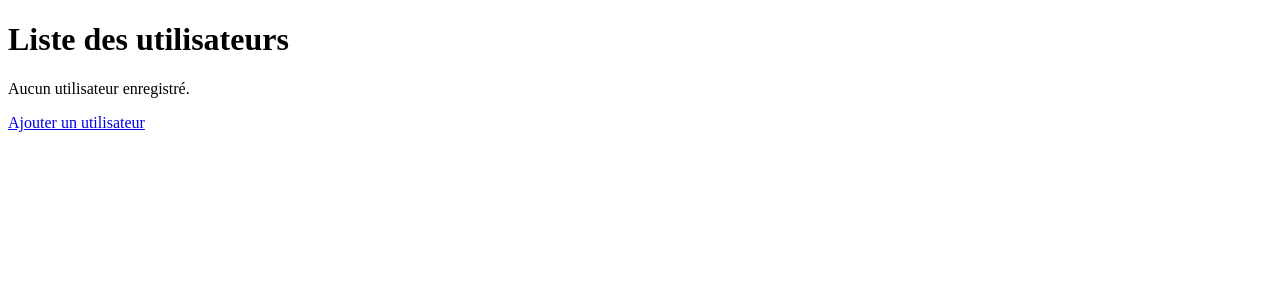
Repository: mbathio/jee
Page: http://localhost/gesusers/list
The author's editor kept a copy of each file at every save. The page is drawn from the files as they stood at one save, then again after the next save.
The browser window is 1280 px wide. The pictures show the whole page.
The page is served by Tomcat 10. Other server files are loaded and not shown.

Above is the page before, as saved 2025-05-05 07:32:28.

### gesusers/src/main/webapp/WEB-INF/listerUtilisateurs.jsp
<%@ page language="java" contentType="text/html; charset=UTF-8" pageEncoding="UTF-8"%>
<%@ page import="java.util.ArrayList" %>
<%@ page import="beans.Utilisateur" %>

<!DOCTYPE html>
<html>
<!-- ... en-tête inchangée ... -->
<body>
    <h1>Liste des utilisateurs</h1>

    <%
    ArrayList<Utilisateur> utilisateurs = (ArrayList<Utilisateur>) request.getAttribute("utilisateurs");
    if (utilisateurs == null || utilisateurs.isEmpty()) {
    %>
        <p class="no-users">Aucun utilisateur enregistré.</p>
    <%
    } else {
    %>
        <table>
            <thead>
                <tr>
                    <th>ID</th>
                    <th>Nom</th>
                    <th>Prénom</th>
                    <th>Login</th>
                    <th>Actions</th>
                </tr>
            </thead>
            <tbody>
                <%
                for (Utilisateur utilisateur : utilisateurs) {
                %>
                    <tr>
                        <td><%= utilisateur.getId() %></td>
                        <td><%= utilisateur.getNom() %></td>
                        <td><%= utilisateur.getPrenom() %></td>
                        <td><%= utilisateur.getLogin() %></td>
                        <td>
                            <a href="update?id=<%= utilisateur.getId() %>" class="action-link edit-link">Modifier</a>
                            <a href="delete?id=<%= utilisateur.getId() %>" class="action-link delete-link" onclick="return confirm('Êtes-vous sûr de vouloir supprimer cet utilisateur ?')">Supprimer</a>
                        </td>
                    </tr>
                <%
                }
                %>
            </tbody>
        </table>
    <%
    }
    %>

    <a href="add" class="add-button">Ajouter un utilisateur</a>
</body>
</html>

### gesusers/src/main/java/servlets/ListUser.java
package servlets;

import java.io.IOException;

import beans.Utilisateur;
import dao.UtilisateurDao;
import jakarta.servlet.ServletException;
import jakarta.servlet.annotation.WebServlet;
import jakarta.servlet.http.HttpServlet;
import jakarta.servlet.http.HttpServletRequest;
import jakarta.servlet.http.HttpServletResponse;

@WebServlet("/list")
public class ListUser extends HttpServlet {

	private static final String VUE_LIST_UTILISATEUR = "/WEB-INF/listerUtilisateurs.jsp";
	@Override
	protected void doGet(HttpServletRequest request, HttpServletResponse response) throws ServletException, IOException {

		request.setAttribute("utilisateurs", UtilisateurDao.lister());

		getServletContext().getRequestDispatcher(VUE_LIST_UTILISATEUR).forward(request, response);
	}

}

### gesusers/src/main/java/dao/UtilisateurDao.java
package dao;

import java.util.ArrayList;

import beans.Utilisateur;

public class UtilisateurDao
{

	private static int nexId=1;

	private static final ArrayList<Utilisateur> utilisateurs = new ArrayList<Utilisateur>();

	//static {
		//utilisateurs.add(new Utilisateur(nexId, "assad", "Ahmed", "AssadAhmed", "Assad77109"));
	//	utilisateurs.add(new Utilisateur(nexId, "abdou", "Ahmed", "abdouAhmed", "Abdou771"));
	//}

	public static ArrayList<Utilisateur> lister()
	{
		return utilisateurs;

	}

	public static boolean ajouter(Utilisateur utilisateur)
	{
		utilisateur.setId(nexId++);
		utilisateurs.add(utilisateur);
		return true;

	}

	public static boolean supprimer(int id) {

		for (Utilisateur utilisateur : utilisateurs) {
			if(utilisateur.getId()== id) {
				utilisateurs.remove(utilisateur);
				return true;
			}

		}
		return false;

	}

public static boolean modifier(Utilisateur updateUser)
{

		for (Utilisateur utilisateur : utilisateurs)
		{
			if(utilisateur.getId()== updateUser.getId())
			{
			  utilisateur.setNom(updateUser.getNom());
			  utilisateur.setPrenom(updateUser.getPrenom());
			  utilisateur.setLogin(updateUser.getLogin());
			  utilisateur.setPassword(updateUser.getPassword());
				return true;
			}

		}
		return false;


	}

public static Utilisateur get(int id) {

	for (Utilisateur utilisateur : utilisateurs) {
		if(utilisateur.getId()== id) {

			return utilisateur;
		}

	}
	return null;

}
}

After the next save:
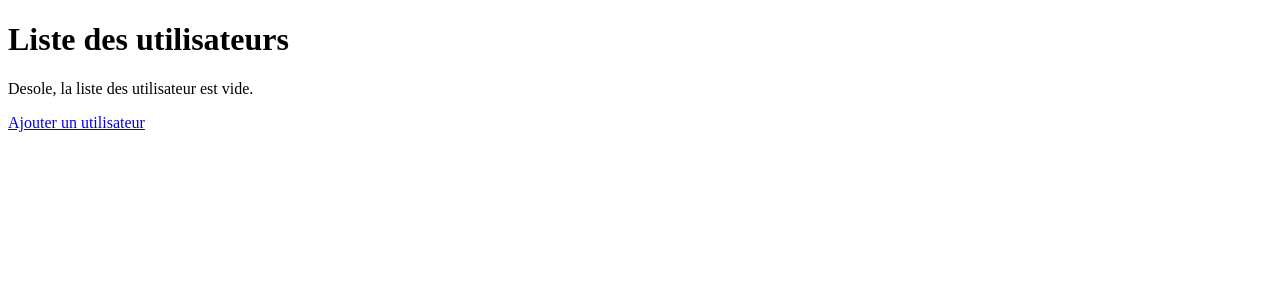
Saved 14 s later.
--- a/gesusers/src/main/webapp/WEB-INF/listerUtilisateurs.jsp
+++ b/gesusers/src/main/webapp/WEB-INF/listerUtilisateurs.jsp
@@ -1,54 +1,46 @@
-<%@ page language="java" contentType="text/html; charset=UTF-8" pageEncoding="UTF-8"%>
-<%@ page import="java.util.ArrayList" %>
-<%@ page import="beans.Utilisateur" %>
 
 <!DOCTYPE html>
+<%@taglib  prefix="c" uri="http://java.sun.com/jsp/jstl/core" %>
 <html>
-<!-- ... en-tête inchangée ... -->
+<head>
+<meta charset="ISO-8859-1">
+<title>Liste des utilisateurs</title>
+</head>
 <body>
-    <h1>Liste des utilisateurs</h1>
+	<h1>Liste des utilisateurs</h1>
 
-    <%
-    ArrayList<Utilisateur> utilisateurs = (ArrayList<Utilisateur>) request.getAttribute("utilisateurs");
-    if (utilisateurs == null || utilisateurs.isEmpty()) {
-    %>
-        <p class="no-users">Aucun utilisateur enregistré.</p>
-    <%
-    } else {
-    %>
-        <table>
-            <thead>
-                <tr>
-                    <th>ID</th>
-                    <th>Nom</th>
-                    <th>Prénom</th>
-                    <th>Login</th>
-                    <th>Actions</th>
-                </tr>
-            </thead>
-            <tbody>
-                <%
-                for (Utilisateur utilisateur : utilisateurs) {
-                %>
-                    <tr>
-                        <td><%= utilisateur.getId() %></td>
-                        <td><%= utilisateur.getNom() %></td>
-                        <td><%= utilisateur.getPrenom() %></td>
-                        <td><%= utilisateur.getLogin() %></td>
-                        <td>
-                            <a href="update?id=<%= utilisateur.getId() %>" class="action-link edit-link">Modifier</a>
-                            <a href="delete?id=<%= utilisateur.getId() %>" class="action-link delete-link" onclick="return confirm('Êtes-vous sûr de vouloir supprimer cet utilisateur ?')">Supprimer</a>
-                        </td>
-                    </tr>
-                <%
-                }
-                %>
-            </tbody>
-        </table>
-    <%
-    }
-    %>
+	<c:choose>
 
-    <a href="add" class="add-button">Ajouter un utilisateur</a>
+		 <c:when test="${ empty utilisateurs}">
+	     	 <p> Desole, la liste des utilisateur est vide.<br></p>
+		 </c:when>
+	     <c:otherwise>
+	        <table border="1" cellpadding="10" cellspain="0">
+		       		<tr>
+		       			<th>ID</th>
+		       			<th>NOM</th>
+		       			<th>PRENOM</th>
+		       			<th>LOGIN</th>
+		       			<th>PASSWORD</th>
+		       			<th colspan="2">Action</th>
+		       		</tr>
+	                 <c:forEach var="utilisateur" items="${utilisateurs }">
+
+	                 	<tr>
+
+	       					<td><c:out value="${utilisateur.id }"></c:out></td>
+	       					<td><c:out value="${utilisateur.nom }"></c:out></td>
+	       					<td><c:out value="${utilisateur.prenom }"></c:out></td>
+	       					<td><c:out value="${utilisateur.login }"></c:out></td>
+	       					<td><c:out value="${utilisateur.password }"></c:out></td>
+	       					<td><a href="update?id=<c:out value="${utilisateur.id }"></c:out>">Modifier</a></td>
+	       					<td><a href="delete?id=<c:out value="${utilisateur.id }"></c:out>">Supprimer</a></td>
+	       				</tr>
+	                 </c:forEach>
+	       	</table>
+	     </c:otherwise>
+	</c:choose>
+<p> <a href="add">Ajouter un utilisateur</a></p>
+
 </body>
 </html>
